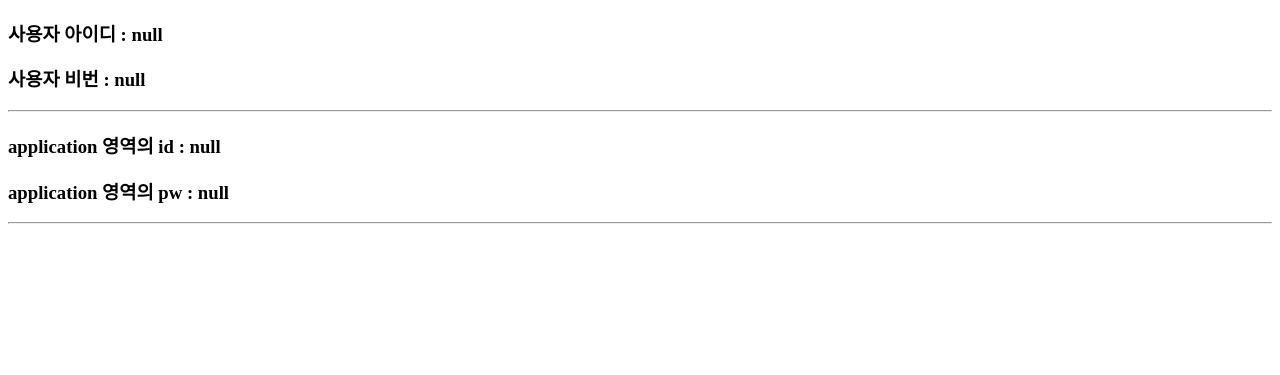
Repository: juhee1020/studying
Page: http://localhost/jsp01_basic/jsp04_object/jsp05_scope.jsp
An editor plug-in stored every save of this project. The page is shown before and after the next save, followed by the edit.
The browser window is 1280 px wide. The pictures show the whole page.
The page is served by Tomcat 9.

Above is the page before, as saved 2022-12-13 01:16:29.

After the next save:
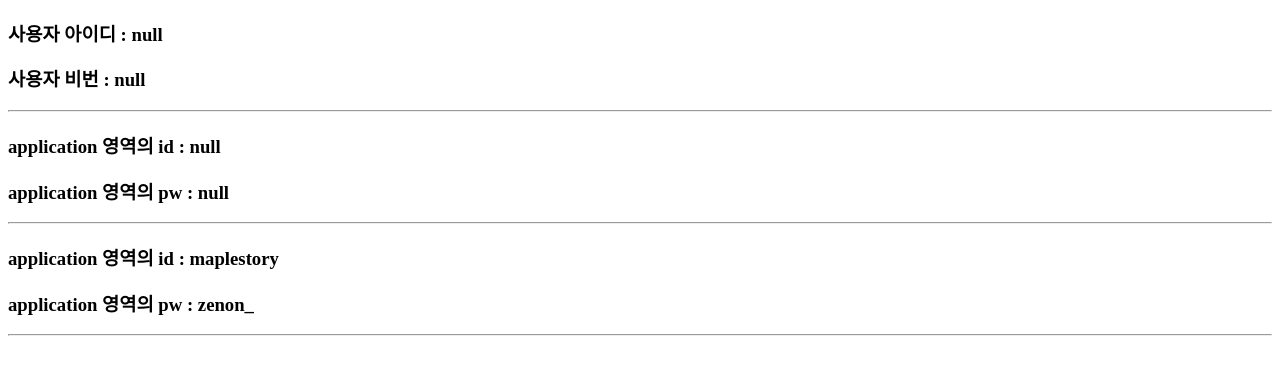
Saved 16 s later.
--- a/JSP/jsp01_basic/WebContent/jsp04_object/jsp05_scope.jsp
+++ b/JSP/jsp01_basic/WebContent/jsp04_object/jsp05_scope.jsp
@@ -40,6 +40,10 @@
 
 	application.setAttribute("id", "maplestory");
 	application.setAttribute("pw", "zenon_");
+
+	out.print("<h3>application 영역의 id : "+application.getAttribute("id")+"</h3>");
+	out.print("<h3>application 영역의 pw : "+application.getAttribute("pw")+"</h3>");
+	out.print("<hr>");
 %>
 </body>
 </html>
